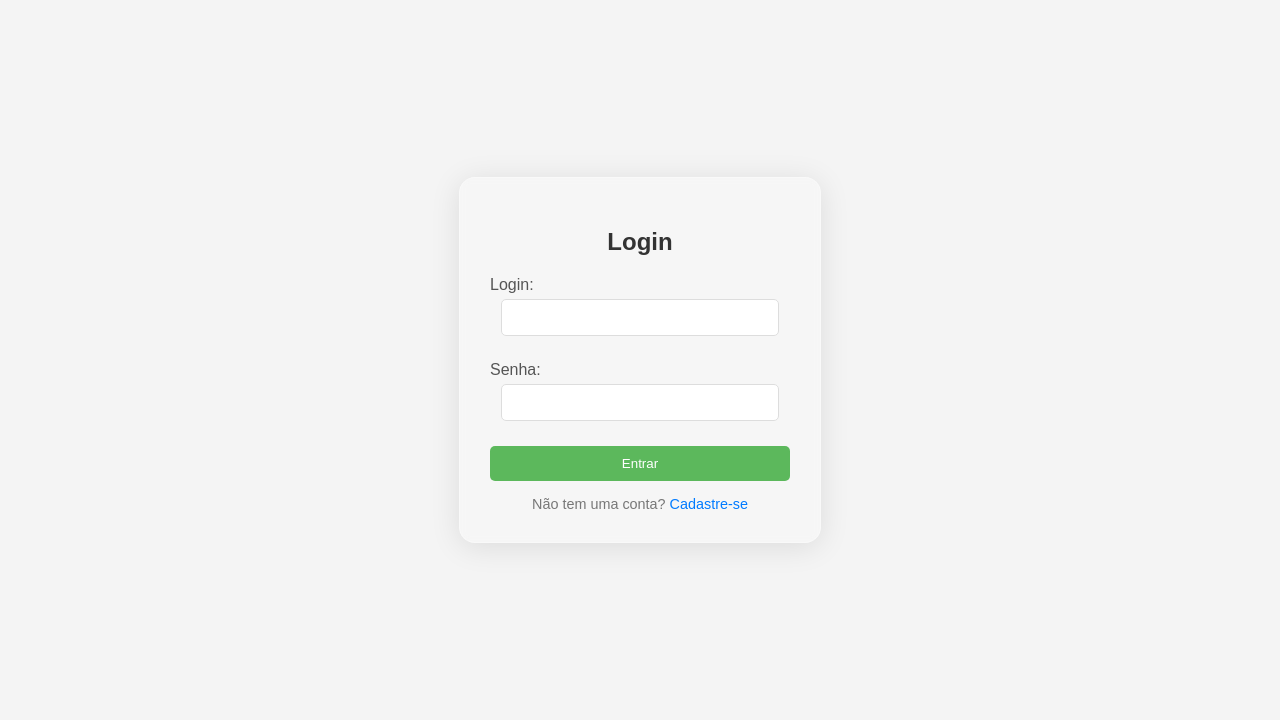
Repository: BrenoAAntonio/Calculadora_de_Gastos_Java_Web
Page: http://localhost/calculadora-gastos-web/
An editor plug-in stored every save of this project. The page is shown before and after the next save, followed by the edit.
The browser window is 1280 px wide. The pictures show the whole page.
The page is served by Tomcat 10. Other server files are loaded and not shown.

Above is the page before, as saved 2025-06-01 03:47:32.

### calculadora-gastos-web/src/main/webapp/Login/login.jsp
<%@ page language="java" contentType="text/html; charset=UTF-8" pageEncoding="UTF-8"%>
<!DOCTYPE html>
<html>
<head>
    <meta charset="UTF-8">
    <meta name="viewport" content="width=device-width, initial-scale=1.0">
    <title>Login</title>
    <style>
        body {
            font-family: sans-serif;
            background-color: #f4f4f4;
            display: flex;
            justify-content: center;
            align-items: center;
            min-height: 100vh;
            margin: 0;
        }

        .glass-container {
            background: rgba(255, 255, 255, 0.2);
            border-radius: 16px;
            box-shadow: 0 4px 30px rgba(0, 0, 0, 0.1);
            backdrop-filter: blur(5px);
            -webkit-backdrop-filter: blur(5px);
            border: 1px solid rgba(255, 255, 255, 0.3);
            padding: 30px;
            width: 300px;
            text-align: center;
        }

        h2 {
            color: #333;
            margin-bottom: 20px;
        }

        .form-group {
            margin-bottom: 15px;
        }

        label {
            display: block;
            margin-bottom: 5px;
            color: #555;
            text-align: left;
        }

        input[type="text"],
        input[type="password"] {
            width: calc(100% - 22px);
            padding: 10px;
            border: 1px solid #ddd;
            border-radius: 5px;
            box-sizing: border-box;
            margin-bottom: 10px;
        }

        button {
            background-color: #5cb85c;
            color: white;
            padding: 10px 15px;
            border: none;
            border-radius: 5px;
            cursor: pointer;
            width: 100%;
        }

        button:hover {
            background-color: #4cae4c;
        }

        .error-message {
            color: red;
            margin-top: 10px;
        }

        .success-message {
            color: green;
            margin-top: 10px;
        }

        .signup-link {
            margin-top: 15px;
            font-size: 0.9em;
            color: #777;
        }

        .signup-link a {
            color: #007bff;
            text-decoration: none;
        }

        .signup-link a:hover {
            text-decoration: underline;
        }
    </style>
</head>
<body>
    <div class="glass-container">
        <h2>Login</h2>
        <% if (request.getAttribute("erro") != null) { %>
            <p class="error-message"><%= request.getAttribute("erro") %></p>
        <% } %>
        <% if (request.getParameter("cadastroSucesso") != null) { %>
            <p class="success-message">Cadastro realizado com sucesso! Faça login.</p>
        <% } %>
        <form action="<%= request.getContextPath() %>/login" method="post">
            <div class="form-group">
                <label for="login">Login:</label>
                <input type="text" id="login" name="login" required>
            </div>
            <div class="form-group">
                <label for="senha">Senha:</label>
                <input type="password" id="senha" name="senha" required>
            </div>
            <button type="submit">Entrar</button>
        </form>
        <div class="signup-link">
            Não tem uma conta? <a href="<%= request.getContextPath() %>/usuario?action=form">Cadastre-se</a>
        </div>
    </div>
</body>
</html>

### calculadora-gastos-web/src/main/webapp/css/style.css
/* css/style.css */
body {
    font-family: 'Segoe UI', Tahoma, Geneva, Verdana, sans-serif;
    background: linear-gradient(135deg, #a7f0fb, #50c878); /* Azul claro para verde */
    margin: 0;
    padding: 0;
    display: flex;
    min-height: 100vh;
    box-sizing: border-box;
    align-items: center;
    justify-content: center;
}

.body-content {
    display: flex;
    flex-grow: 1;
    justify-content: center;
    align-items: center;
    width: 100%;
}

.container {
    flex-grow: 1;
    padding: 20px;
    display: flex;
    flex-direction: column;
    align-items: center;
}

.glass-container {
    background: rgba(255, 255, 255, 0.1);
    border-radius: 16px;
    box-shadow: 0 4px 30px rgba(0, 0, 0, 0.1);
    backdrop-filter: blur(10px);
    -webkit-backdrop-filter: blur(10px);
    border: 1px solid rgba(255, 255, 255, 0.2);
    padding: 30px;
    margin-bottom: 20px;
    width: 80%;
    max-width: 900px;
    box-sizing: border-box;
    color: #333; /* Dark text for better contrast on light background */
}

h1 {
    color: #fff;
    text-shadow: 2px 2px 4px rgba(0, 0, 0, 0.3);
    text-align: center;
    margin-bottom: 30px;
}

.dashboard-info {
    display: flex;
    justify-content: space-around;
    margin-bottom: 30px;
    width: 100%;
}

.info-card {
    background: rgba(255, 255, 255, 0.2);
    border-radius: 10px;
    padding: 20px;
    width: 30%;
    text-align: center;
    box-shadow: 0 2px 5px rgba(0, 0, 0, 0.05);
    backdrop-filter: blur(8px);
    -webkit-backdrop-filter: blur(8px);
    border: 1px solid rgba(255, 255, 255, 0.3);
}

.info-card h2 {
    color: #fff;
    margin-top: 0;
    margin-bottom: 10px;
    text-shadow: 1px 1px 2px rgba(0, 0, 0, 0.2);
}

.info-card p, .info-card ul {
    margin: 0;
    padding: 0;
    list-style: none;
    color: #333;
}

.info-card ul li {
    margin-bottom: 5px;
}

.recent-expenses, .category-spending {
    margin-top: 30px;
    width: 100%;
}

.recent-expenses h2, .category-spending h2 {
    color: #fff;
    text-shadow: 1px 1px 2px rgba(0, 0, 0, 0.2);
    text-align: left;
    margin-bottom: 15px;
}

table {
    width: 100%;
    border-collapse: collapse;
    margin-top: 10px;
    color: #333;
}

th, td {
    padding: 10px;
    border-bottom: 1px solid rgba(0, 0, 0, 0.1);
    text-align: left;
}

th {
    background-color: rgba(255, 255, 255, 0.3);
    color: #fff;
    text-shadow: 1px 1px 2px rgba(0, 0, 0, 0.2);
}

.sidebar {
    width: 200px;
    background: rgba(255, 255, 255, 0.1);
    border-radius: 16px;
    box-shadow: 0 4px 30px rgba(0, 0, 0, 0.1);
    backdrop-filter: blur(10px);
    -webkit-backdrop-filter: blur(10px);
    border: 1px solid rgba(255, 255, 255, 0.2);
    padding: 20px;
    margin: 20px;
    display: flex;
    flex-direction: column;
    align-items: stretch;
}

.sidebar h2 {
    color: #fff;
    text-shadow: 1px 1px 2px rgba(0, 0, 0, 0.2);
    text-align: center;
    margin-bottom: 15px;
}

.sidebar a {
    padding: 10px 15px;
    margin-bottom: 10px;
    background-color: rgba(255, 255, 255, 0.2);
    color: #fff;
    text-decoration: none;
    border-radius: 5px;
    text-align: center;
    display: block;
    transition: background-color 0.3s ease;
}

.sidebar a:hover {
    background-color: rgba(255, 255, 255, 0.3);
}

.main-content {
    flex-grow: 1;
    padding: 20px;
    display: flex;
    flex-direction: column;
    align-items: center;
}

After the next save:
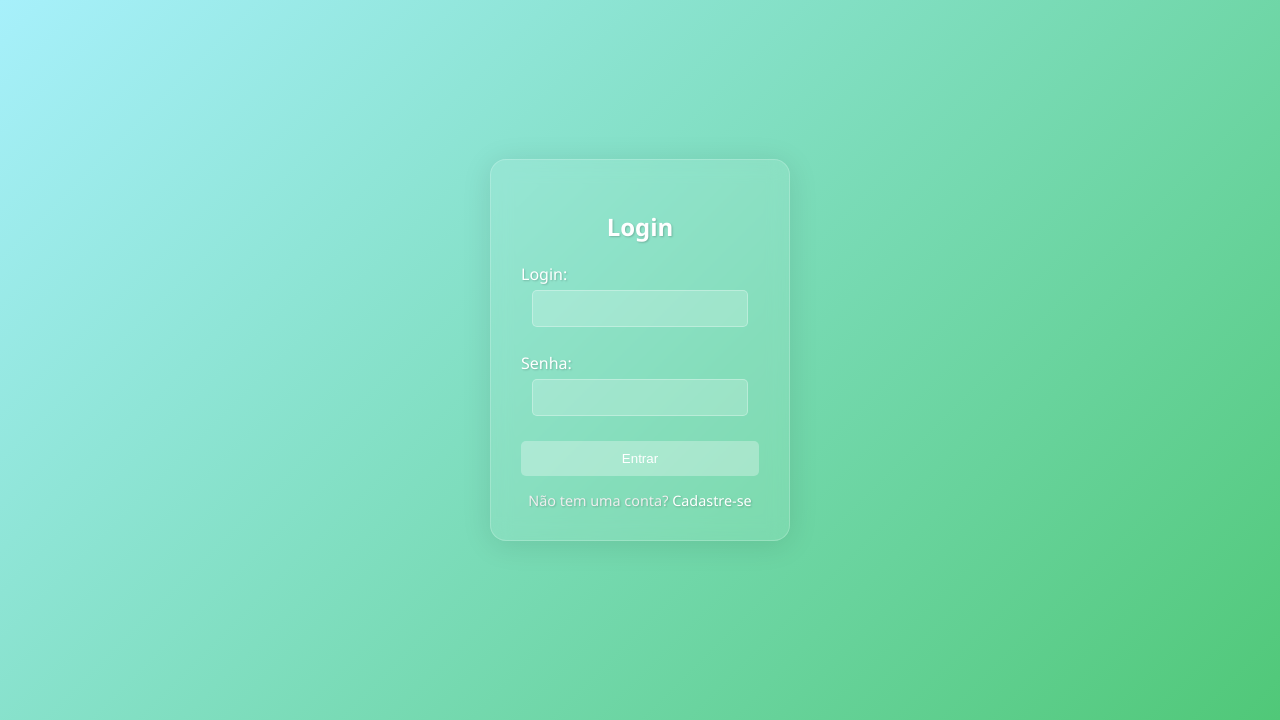
Saved 82 s later.
--- a/calculadora-gastos-web/src/main/webapp/Login/login.jsp
+++ b/calculadora-gastos-web/src/main/webapp/Login/login.jsp
@@ -5,10 +5,10 @@
     <meta charset="UTF-8">
     <meta name="viewport" content="width=device-width, initial-scale=1.0">
     <title>Login</title>
+    <link rel="stylesheet" href="<%= request.getContextPath() %>/css/style.css">
     <style>
         body {
-            font-family: sans-serif;
-            background-color: #f4f4f4;
+            background: linear-gradient(135deg, #a7f0fb, #50c878); /* Mesmo fundo da home para consistência */
             display: flex;
             justify-content: center;
             align-items: center;
@@ -17,20 +17,21 @@
         }
 
         .glass-container {
-            background: rgba(255, 255, 255, 0.2);
+            background: rgba(255, 255, 255, 0.1);
             border-radius: 16px;
             box-shadow: 0 4px 30px rgba(0, 0, 0, 0.1);
-            backdrop-filter: blur(5px);
-            -webkit-backdrop-filter: blur(5px);
-            border: 1px solid rgba(255, 255, 255, 0.3);
+            backdrop-filter: blur(10px);
+            -webkit-backdrop-filter: blur(10px);
+            border: 1px solid rgba(255, 255, 255, 0.2);
             padding: 30px;
             width: 300px;
             text-align: center;
         }
 
         h2 {
-            color: #333;
+            color: #fff;
             margin-bottom: 20px;
+            text-shadow: 1px 1px 2px rgba(0, 0, 0, 0.2);
         }
 
         .form-group {
@@ -40,52 +41,59 @@
         label {
             display: block;
             margin-bottom: 5px;
-            color: #555;
+            color: #fff;
             text-align: left;
+            text-shadow: 1px 1px 2px rgba(0, 0, 0, 0.2);
         }
 
         input[type="text"],
         input[type="password"] {
             width: calc(100% - 22px);
             padding: 10px;
-            border: 1px solid #ddd;
+            border: 1px solid rgba(255, 255, 255, 0.3);
             border-radius: 5px;
             box-sizing: border-box;
             margin-bottom: 10px;
+            background-color: rgba(255, 255, 255, 0.2);
+            color: #333;
         }
 
         button {
-            background-color: #5cb85c;
-            color: white;
+            background-color: rgba(255, 255, 255, 0.3);
+            color: #fff;
             padding: 10px 15px;
             border: none;
             border-radius: 5px;
             cursor: pointer;
             width: 100%;
+            transition: background-color 0.3s ease;
         }
 
         button:hover {
-            background-color: #4cae4c;
+            background-color: rgba(255, 255, 255, 0.4);
         }
 
         .error-message {
-            color: red;
+            color: #ff4d4d;
             margin-top: 10px;
+            text-shadow: 1px 1px 2px rgba(0, 0, 0, 0.2);
         }
 
         .success-message {
-            color: green;
+            color: #66bb6a;
             margin-top: 10px;
+            text-shadow: 1px 1px 2px rgba(0, 0, 0, 0.2);
         }
 
         .signup-link {
             margin-top: 15px;
             font-size: 0.9em;
-            color: #777;
+            color: #eee;
+            text-shadow: 1px 1px 2px rgba(0, 0, 0, 0.2);
         }
 
         .signup-link a {
-            color: #007bff;
+            color: #fff;
             text-decoration: none;
         }
 
